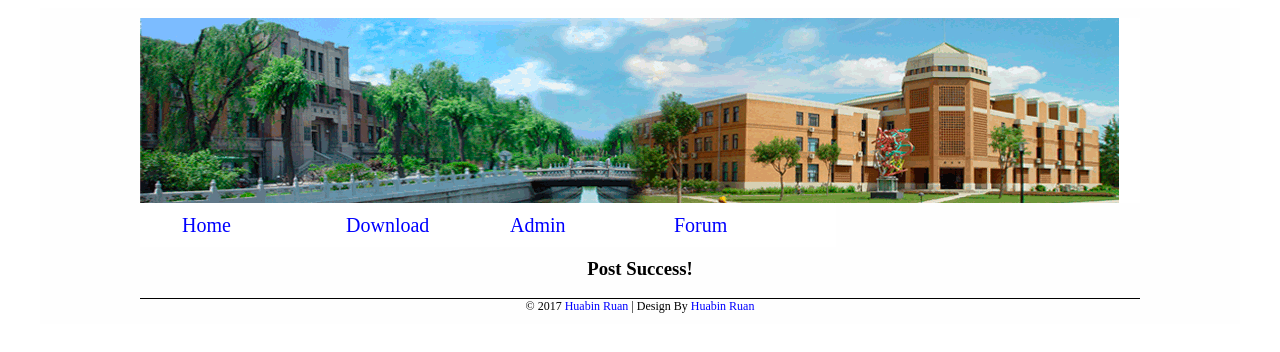
Repository: ruanhuabin/LifeSoftwareWebSite
Page: http://localhost/CryoEM/software_post_success.jsp
The author's editor kept a copy of each file at every save. The page is drawn from the files as they stood at one save, then again after the next save.
The browser window is 1280 px wide. The pictures show the whole page.
The page is served by Tomcat 9. Nobody is signed in. The application's start-up code is not run.

Above is the page before, as saved 2017-08-14 04:52:16.

After the next save:
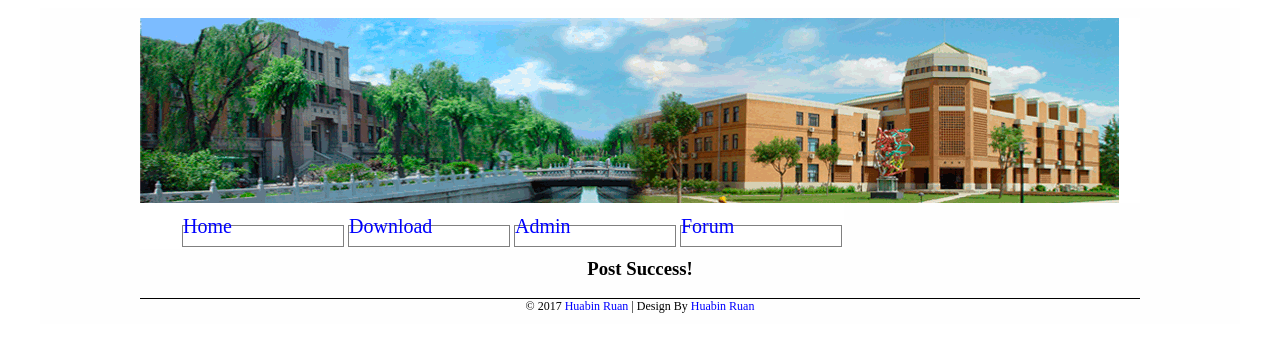
Saved 10 min 12 s later.
--- a/CryoEM/WebRoot/style.css
+++ b/CryoEM/WebRoot/style.css
@@ -113,3 +113,13 @@ ul li:last-child ul {
   border-left: 1px solid white;
   margin-left: -17px;
 }  */
+
+
+li{
+    margin-top: 10px;
+    border:1px solid grey;
+}
+
+li:first-child {
+    margin-top:0;
+}
